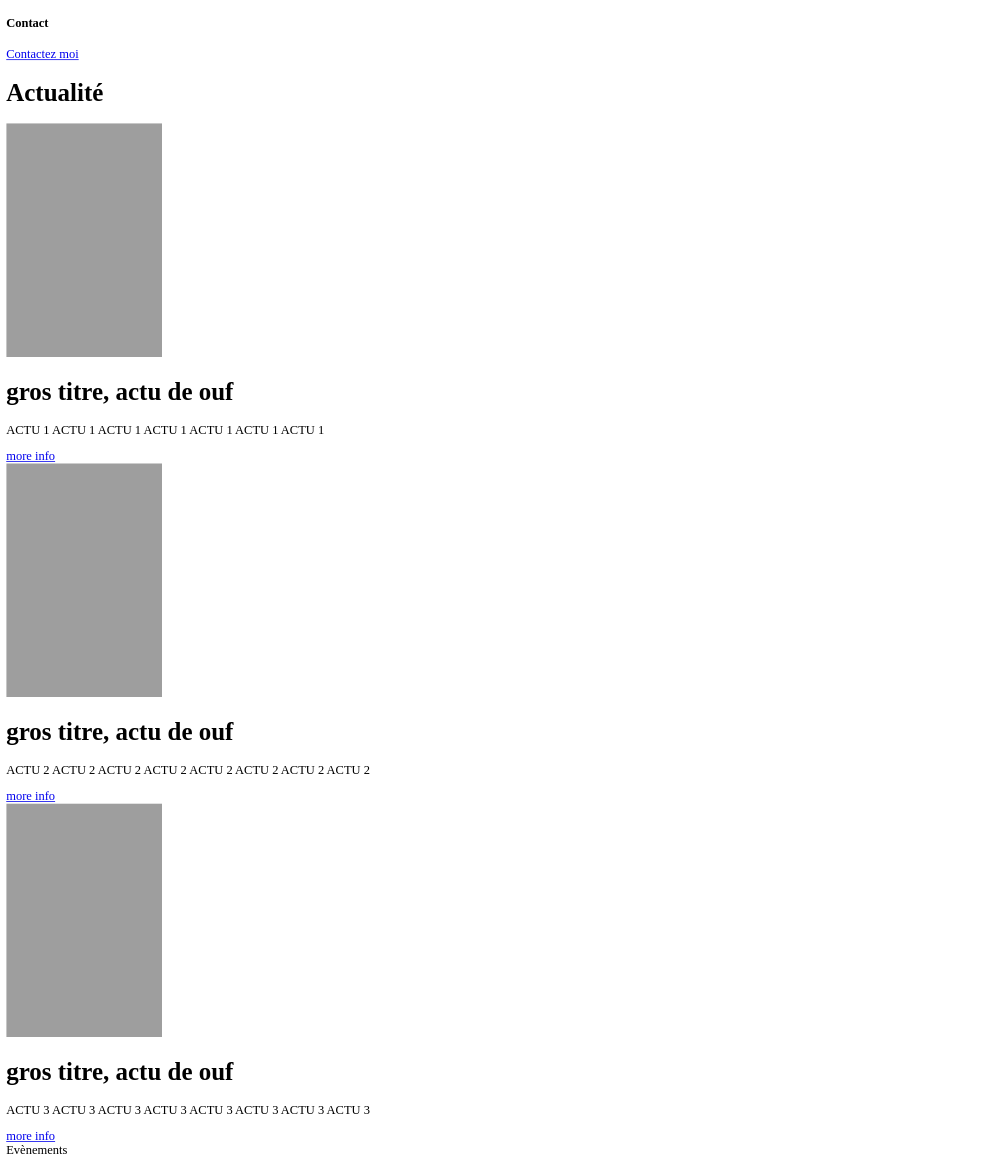
Repository: Mini-T/git-course
Page: index.html
The author's editor kept a copy of each file at every save. The page is drawn from the files as they stood at one save, then again after the next save.
The browser window is 1280 px wide. The pictures show the whole page, at 78% of full size.
Pictures or frames that could not be fetched are drawn as grey boxes.

Above is the page before, as saved 2022-09-26 15:54:42.

After the next save:
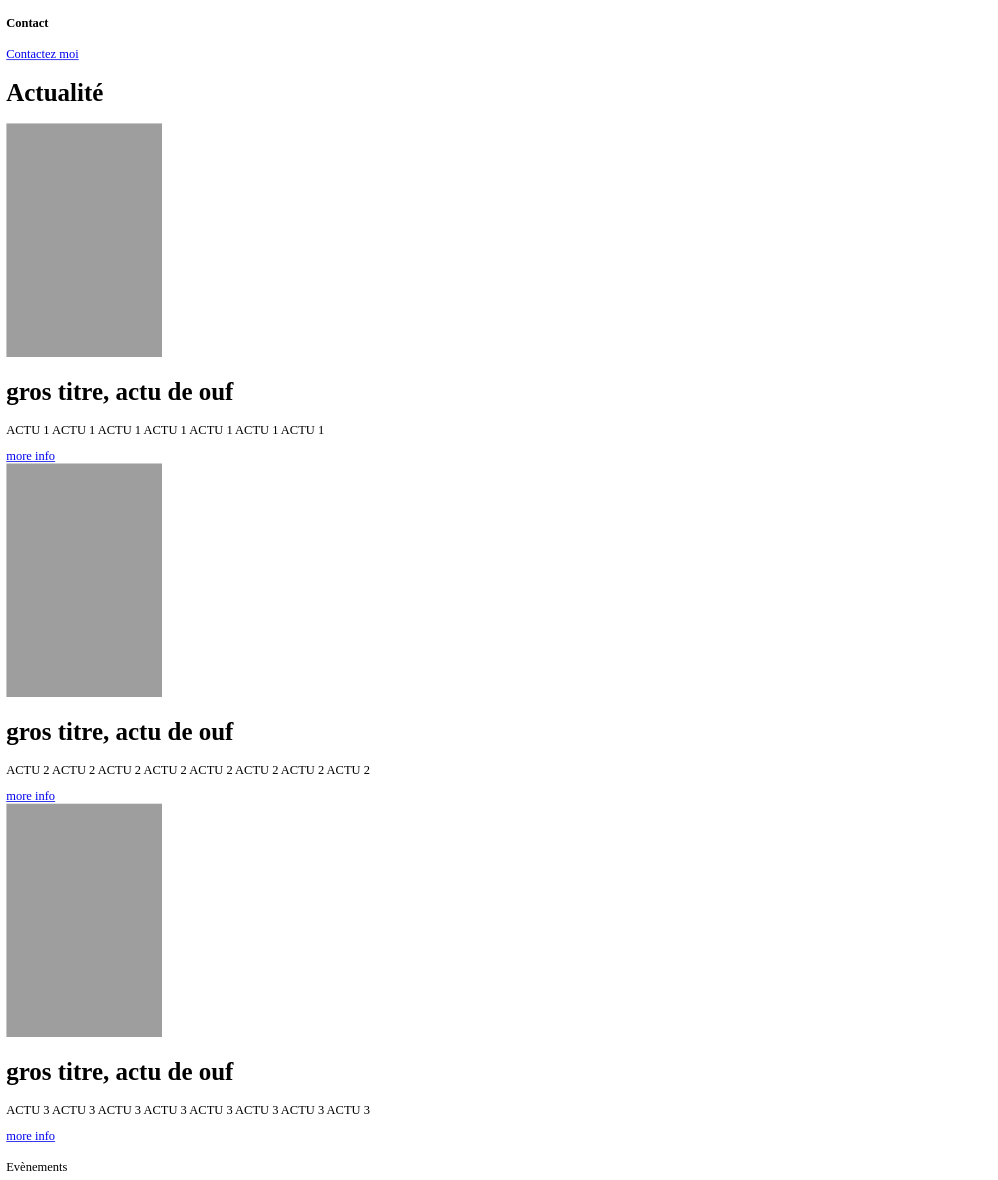
Saved 7 s later.
--- a/index.html
+++ b/index.html
@@ -34,7 +34,7 @@
               </div>
         </div>
         <div>
-            Evènements
+            <h1></h1>Evènements
         </div>
     </body>
 </html>
